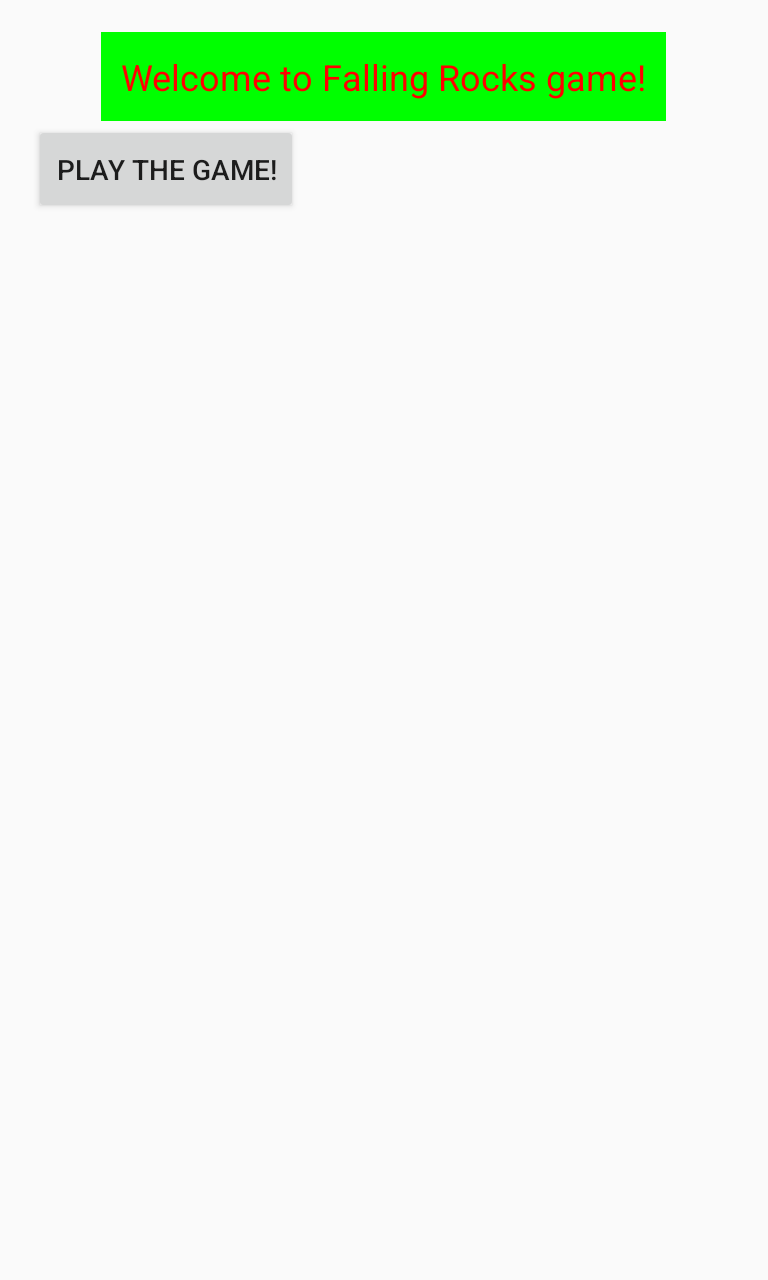
Repository: deyan-yosifov/Android
Layout: Workspace/FallingRocks/res/layout/activity_main.xml
An editor plug-in stored every save of this project. The layout is shown before and after the next save, followed by the edit.
It is drawn on a 768 x 1280 px phone screen (xhdpi) without system bars, with theme AppTheme; the app's code is not run.

Above is the layout before, as saved 2014-11-02 16:33:59.

### Workspace/FallingRocks/res/layout/activity_main.xml
<RelativeLayout xmlns:android="http://schemas.android.com/apk/res/android"
    xmlns:tools="http://schemas.android.com/tools"
    android:layout_width="match_parent"
    android:layout_height="match_parent"
    android:paddingBottom="@dimen/activity_vertical_margin"
    android:paddingLeft="@dimen/activity_horizontal_margin"
    android:paddingRight="@dimen/activity_horizontal_margin"
    android:paddingTop="@dimen/activity_vertical_margin"
    tools:context="com.dipiuay.fallingrocks.MainActivity" >

    <TextView
        style="@style/FallingRocksFonts"
        android:id="@+id/welcome_header_id"
        android:text="@string/welcome_header"
         />
	<Button
	    android:layout_below="@id/welcome_header_id"
	    android:layout_width="wrap_content"
	    android:layout_height="wrap_content"
	    android:text="@string/button_play_game"
	    android:onClick="startGame" />

</RelativeLayout>

### Workspace/FallingRocks/res/values/styles.xml
<resources xmlns:android="http://schemas.android.com/apk/res/android">

    <!--
        Base application theme, dependent on API level. This theme is replaced
        by AppBaseTheme from res/values-vXX/styles.xml on newer devices.
    -->
    <style name="FallingRocksFonts" parent="@android:style/TextAppearance.Medium">
        <item name="android:layout_width">wrap_content</item>
        <item name="android:layout_height">wrap_content</item>
        <item name="android:textColor">#FF0000</item>
        <item name="android:background">#00FF00</item>
        <item name="android:padding">10dp</item>
        <item name="android:layout_centerHorizontal">true</item>
    </style>

    <style name="AppBaseTheme" parent="Theme.AppCompat.Light">
        <!--
            Theme customizations available in newer API levels can go in
            res/values-vXX/styles.xml, while customizations related to
            backward-compatibility can go here.
        -->

    </style>

    <!-- Application theme. -->
    <style name="AppTheme" parent="AppBaseTheme">
        <!-- All customizations that are NOT specific to a particular API-level can go here. -->
    </style>

</resources>

### Workspace/FallingRocks/res/values/strings.xml
<?xml version="1.0" encoding="utf-8"?>
<resources>

    <string name="app_name">Falling Rocks</string>
    <string name="hello_world">Hello world!</string>
    <string name="welcome_header">Welcome to Falling Rocks game!</string>
    <string name="button_play_game">Play the game!</string>
    <string name="action_settings">Settings</string>

</resources>

Loaded but not shown: Workspace/FallingRocks/res/values-v11/styles.xml (common file); Workspace/FallingRocks/res/values-v14/styles.xml (common file); Workspace/FallingRocks/res/values/dimens.xml (common file); Workspace/FallingRocks/res/values-w820dp/dimens.xml (common file)

After the next save:
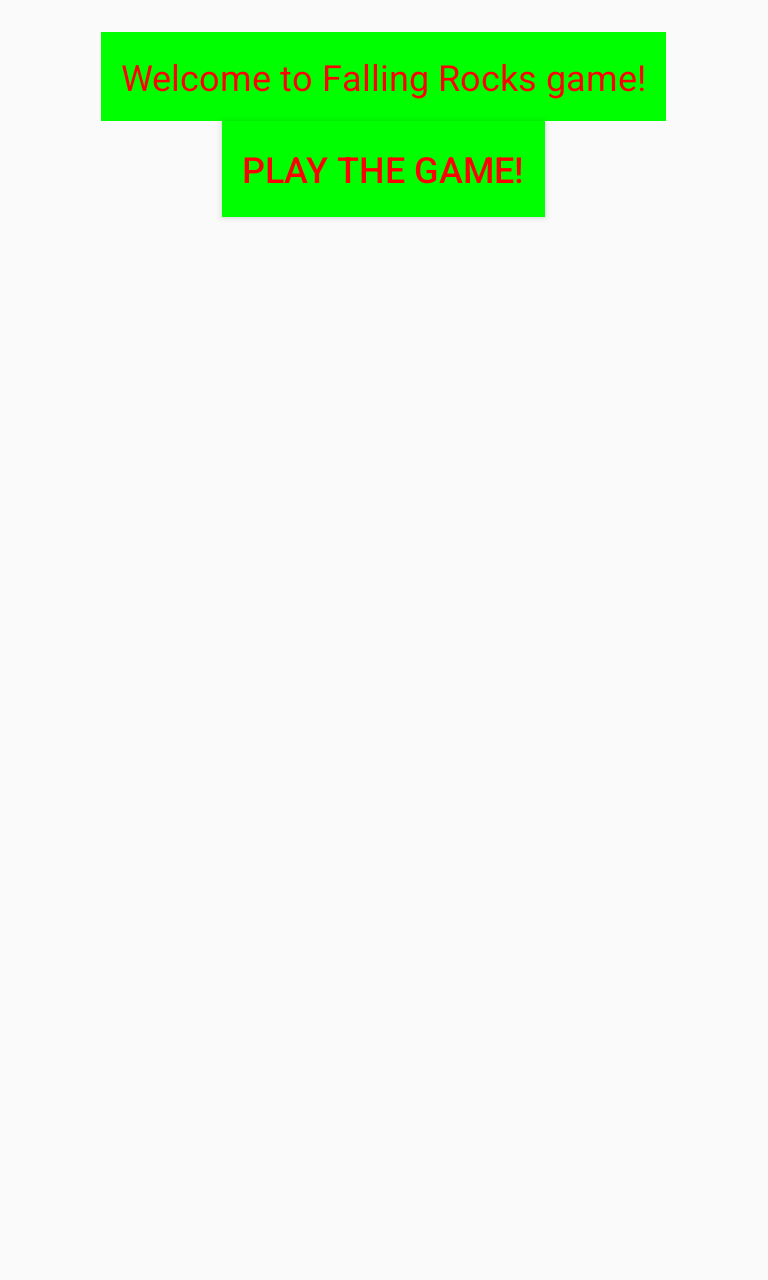
Saved 66 s later.
--- a/Workspace/FallingRocks/res/layout/activity_main.xml
+++ b/Workspace/FallingRocks/res/layout/activity_main.xml
@@ -14,9 +14,8 @@
         android:text="@string/welcome_header"
          />
 	<Button
+	    style="@style/FallingRocksFonts"
 	    android:layout_below="@id/welcome_header_id"
-	    android:layout_width="wrap_content"
-	    android:layout_height="wrap_content"
 	    android:text="@string/button_play_game"
 	    android:onClick="startGame" />
 
